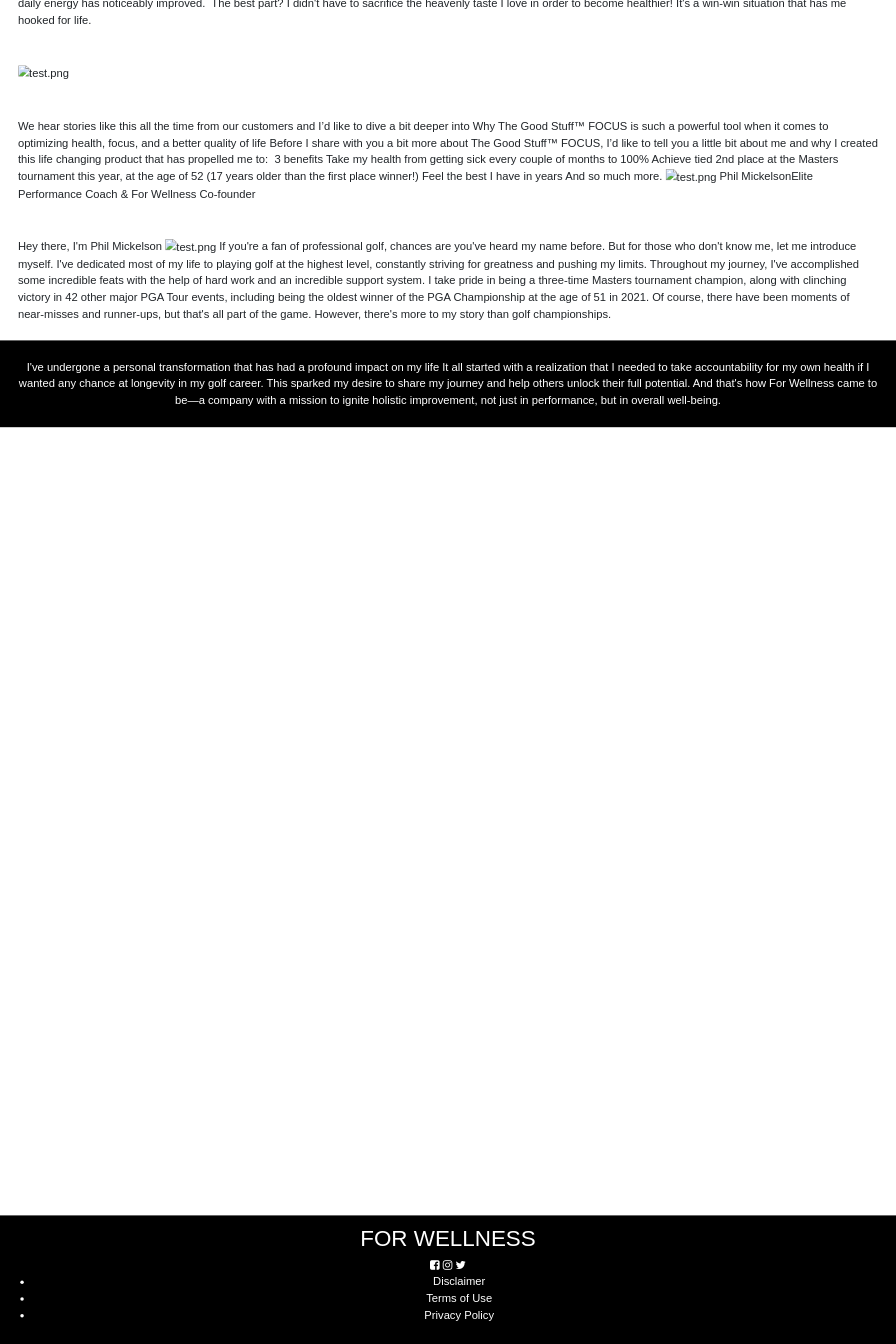
Repository: dariusprince90/wellness-landing
Page: index.html
The author's editor kept a copy of each file at every save. The page is drawn from the files as they stood at one save, then again after the next save.
The browser window is 1280 px wide. The pictures show the part of the page from y = 1186 to 3106 px (the page is 3106 px tall before and 3058 px after), at 70% of full size.

Above is the page before, as saved 2023-07-25 15:56:38.

After the next save:
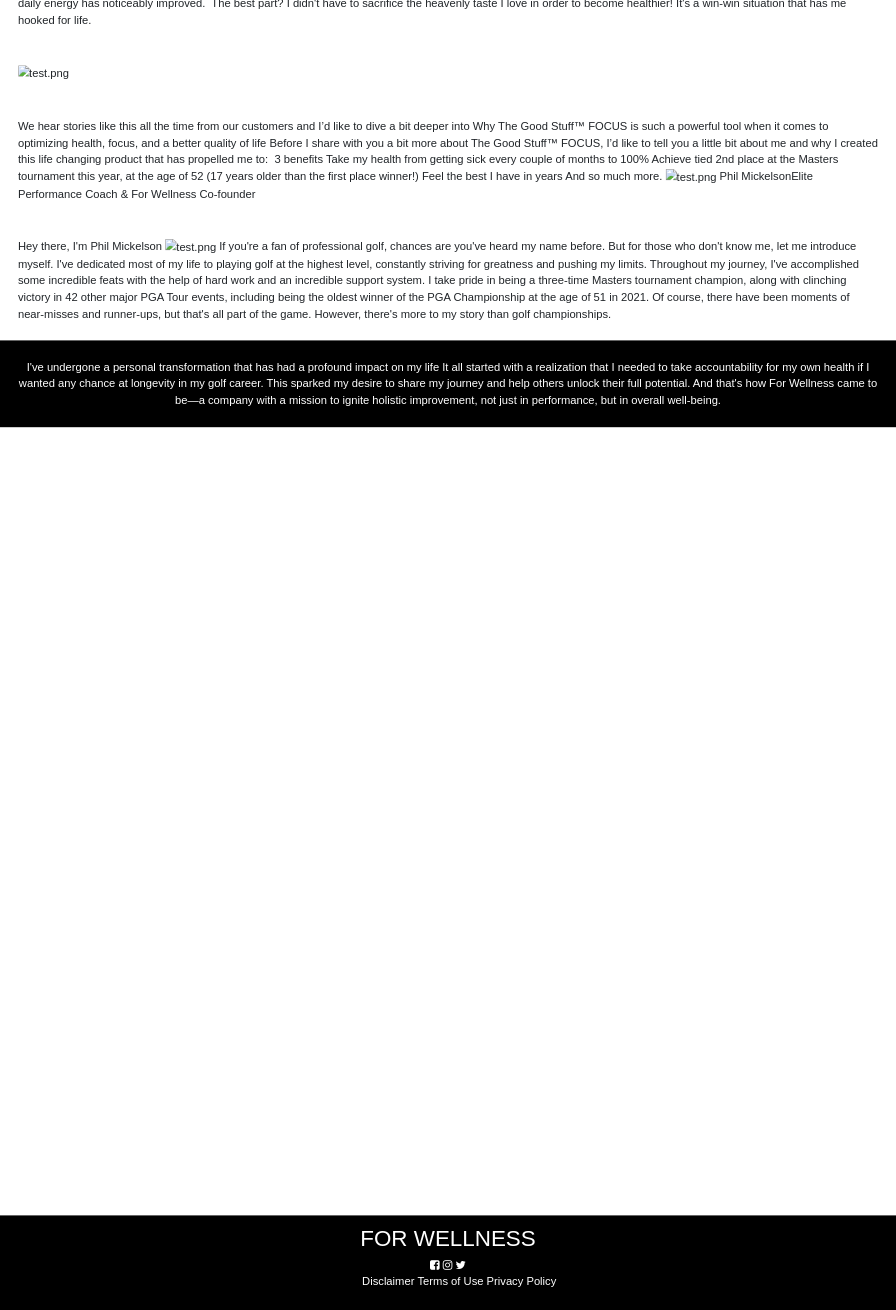
Saved 2 min 31 s later.
--- a/css/styles.css
+++ b/css/styles.css
@@ -19,9 +19,10 @@
     position: static;
 }
 
-ul li {
+ul li,
+li {
     text-decoration: none;
-
+    display: inline;
 }
 
 section {
